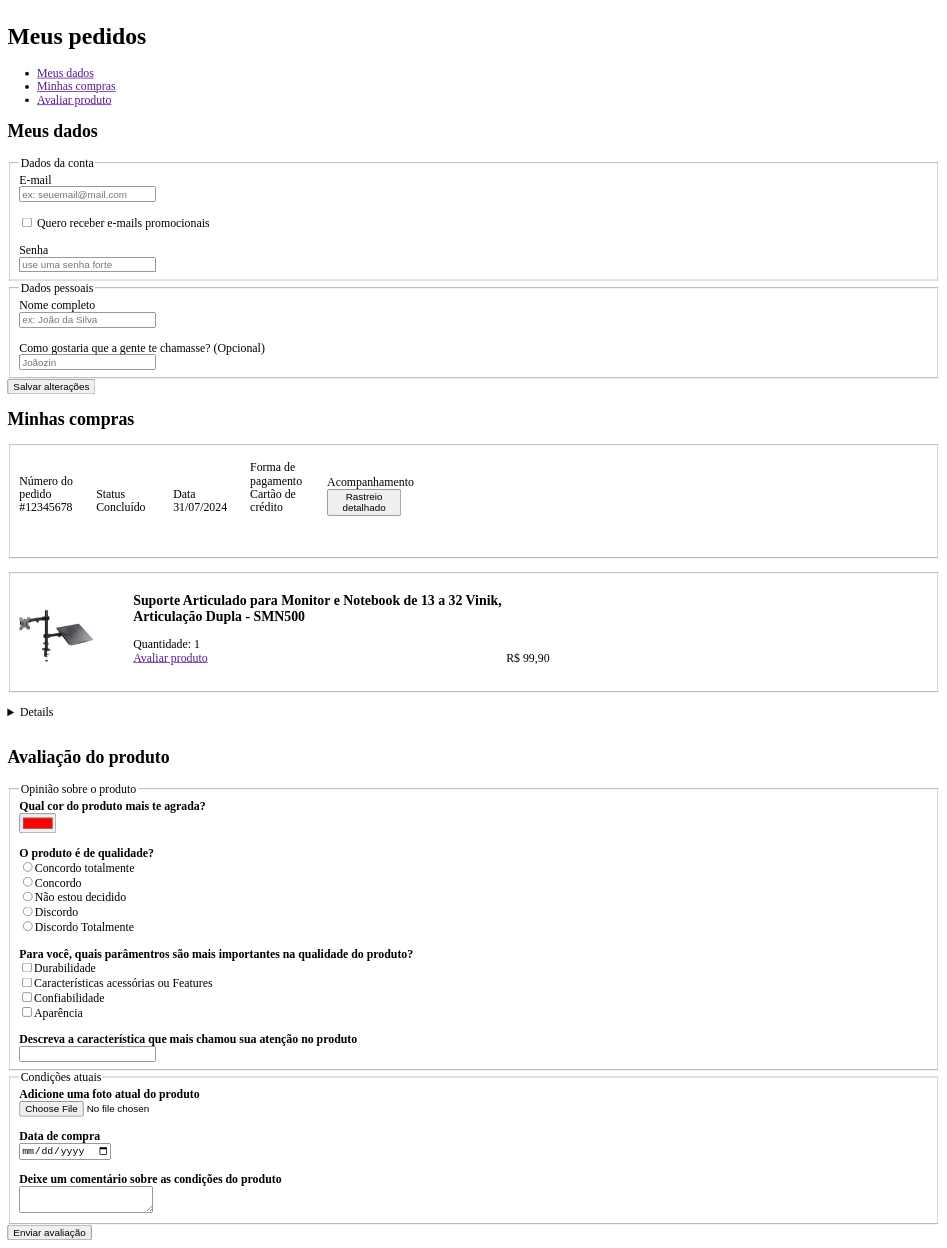
Repository: claudemir-camargo/site-compras
Page: index.html
The author's editor kept a copy of each file at every save. The page is drawn from the files as they stood at one save, then again after the next save.
The browser window is 1280 px wide. The pictures show the whole page, at 74% of full size.

Above is the page before, as saved 2024-03-04 00:15:07.

After the next save:
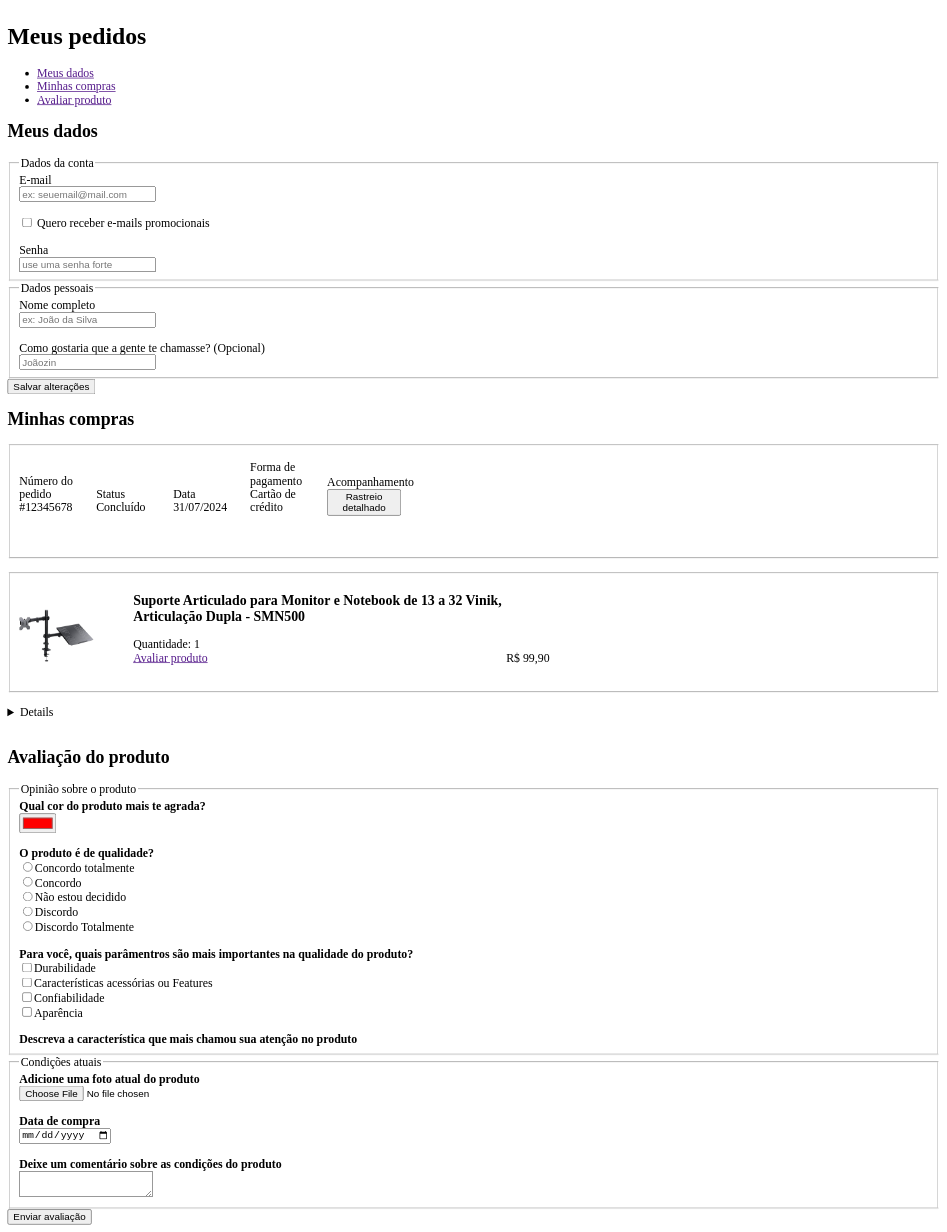
Saved 5 min 59 s later.
--- a/index.html
+++ b/index.html
@@ -102,7 +102,13 @@
             <input type="checkbox"><label>Aparência</label>
             <br><br>
             <label><strong>Descreva a característica que mais chamou sua atenção no produto</strong></label><br>
-            <input type="text">
+            <datalist id="browsers">
+                <option value="Edge">
+                <option value="Firefox">
+                <option value="Chrome">
+                <option value="Opera">
+                <option value="Safari">
+              </datalist>
         </fieldset>
         <fieldset>
             <legend>Condições atuais</legend>

After the 2 saves that followed:
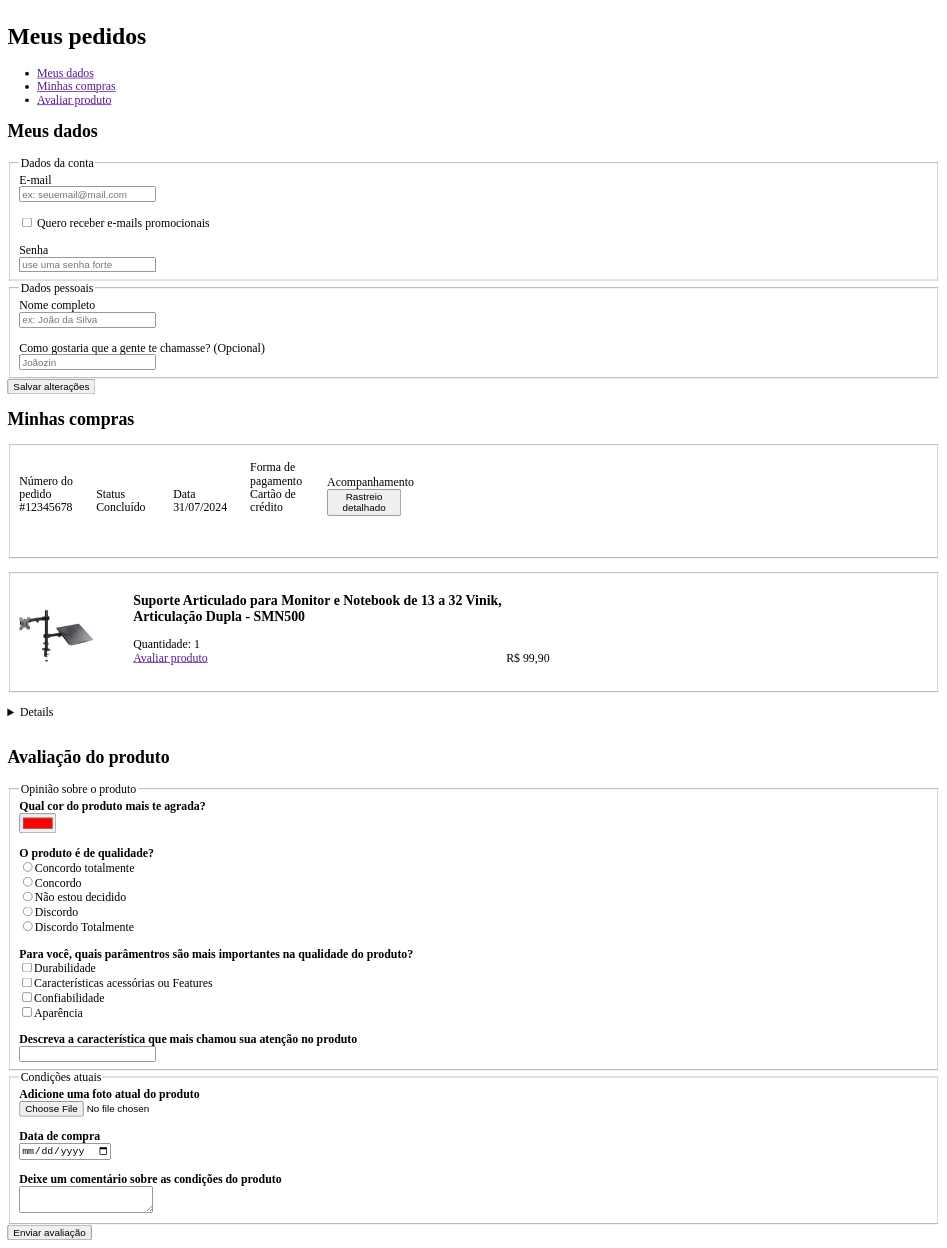
The 2 saves are shown as one change because 1 left the picture as it was.
The last was saved 87 s later.
--- a/index.html
+++ b/index.html
@@ -42,11 +42,21 @@
     <!-- Minhas compras -->
     <h2>Minhas compras</h2>
     <fieldset>
-        <div id="div1"><p>Número do pedido<br>#12345678</p></div>
-        <div id="div2"><p>Status<br>Concluído</p></div>
-        <div id="div3"><p>Data<br>31/07/2024</p></div>
-        <div id="div4"><p>Forma de pagamento<br>Cartão de crédito</p></div>
-        <div id="div5"><p>Acompanhamento<br><button>Rastreio detalhado</button></p></div>
+        <div id="div1">
+            <p>Número do pedido<br>#12345678</p>
+        </div>
+        <div id="div2">
+            <p>Status<br>Concluído</p>
+        </div>
+        <div id="div3">
+            <p>Data<br>31/07/2024</p>
+        </div>
+        <div id="div4">
+            <p>Forma de pagamento<br>Cartão de crédito</p>
+        </div>
+        <div id="div5">
+            <p>Acompanhamento<br><button>Rastreio detalhado</button></p>
+        </div>
     </fieldset>
     <!-- Produto -->
     <br>
@@ -102,13 +112,14 @@
             <input type="checkbox"><label>Aparência</label>
             <br><br>
             <label><strong>Descreva a característica que mais chamou sua atenção no produto</strong></label><br>
+            <input list="browsers" name="browser" id="browser">
             <datalist id="browsers">
                 <option value="Edge">
                 <option value="Firefox">
                 <option value="Chrome">
                 <option value="Opera">
                 <option value="Safari">
-              </datalist>
+            </datalist>
         </fieldset>
         <fieldset>
             <legend>Condições atuais</legend>
